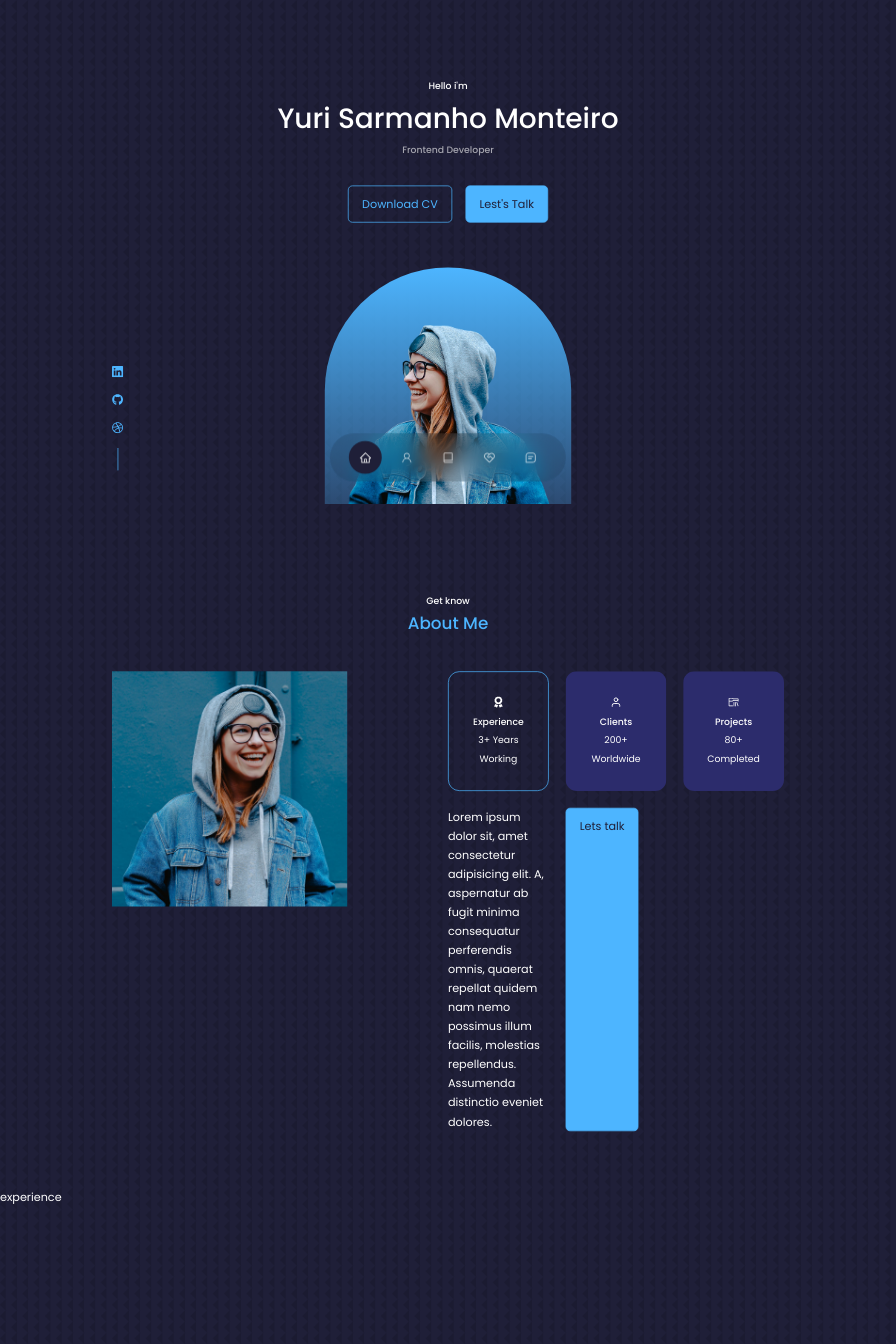
Repository: YuriSarmanho/Portifolio-
Page: / (app in portifolio/)
The author's editor kept a copy of each file at every save. The page is drawn from the files as they stood at one save, then again after the next save.
The browser window is 1280 px wide. The pictures show the part of the page from y = 0 to 1920 px (the page is 5835 px tall), at 70% of full size.
The pointer rests on the first visible `.about__card`.
The project was rebuilt for these pictures with package versions that can differ from the ones it lists, and the page was loaded fresh each time. Also part of the build but not shown: portifolio/src/Components/Contact/Contact.css, portifolio/src/Components/Testimonials/Testimonials.css. Imported but missing from the stored project, and not drawn on this page: portifolio/src/assets/cv.pdf.

Above is the page before, as saved 2022-05-13 15:10:06.

After the next save:
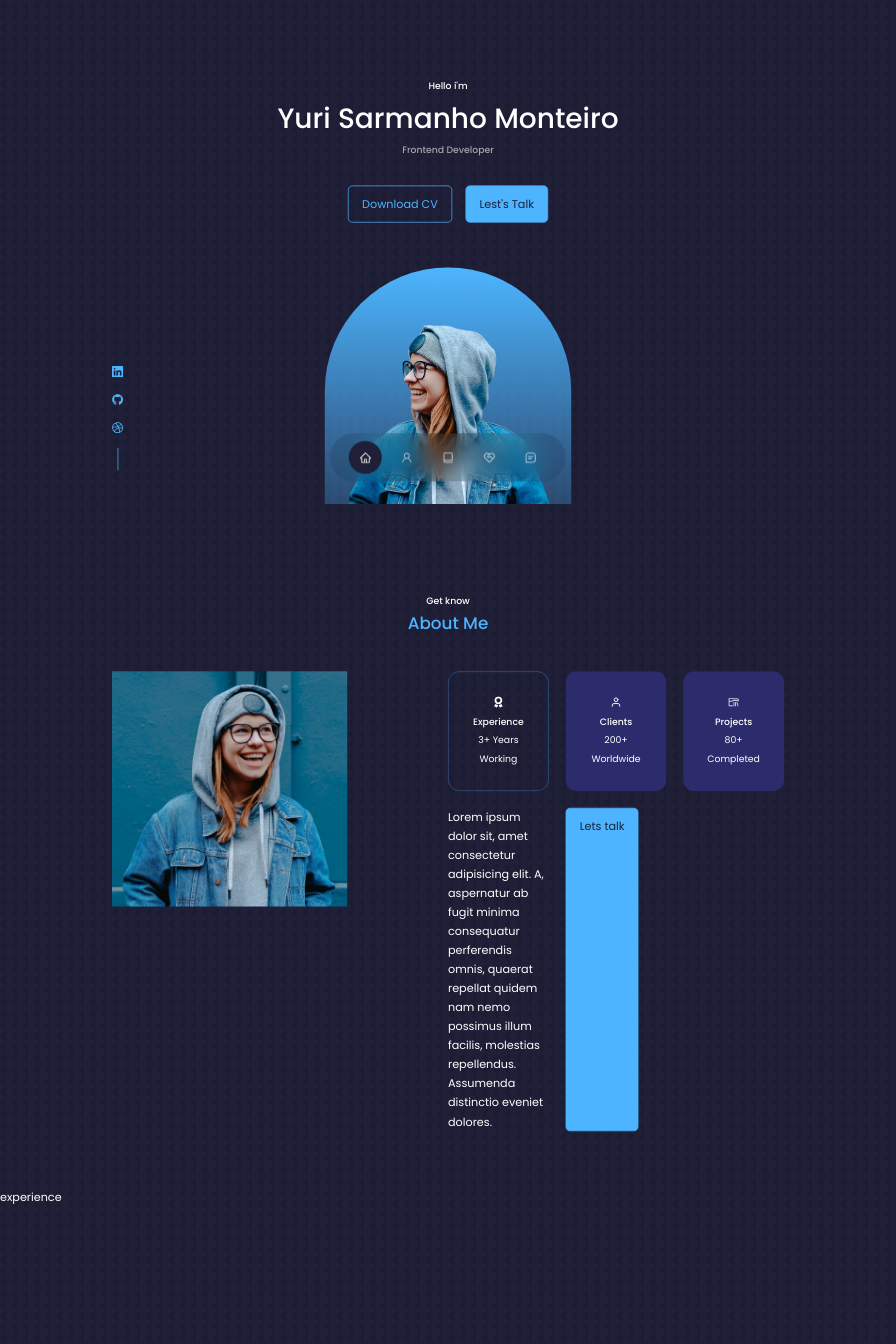
Saved 5 s later.
--- a/portifolio/src/Components/About/About.css
+++ b/portifolio/src/Components/About/About.css
@@ -45,5 +45,5 @@
 
 .about__card:hover{
     background:transparent;
-    border-color: var(--color-primary);
+    border-color: var(--color-primary-variant);
 }
